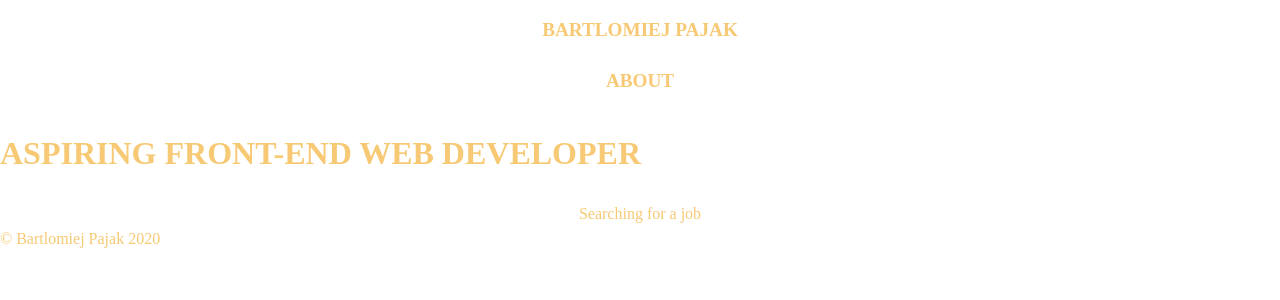
Repository: spidero7/personal-site
Page: index.html
The author's editor kept a copy of each file at every save. The page is drawn from the files as they stood at one save, then again after the next save.
The browser window is 1280 px wide. The pictures show the whole page.
Some web fonts or font styles are not loaded; a fallback is used.

Above is the page before, as saved 2020-04-15 22:23:22.

### index.html
<!DOCTYPE html>
<html>

    <head>
        <meta charset="utf-8">
        <title>Bartlomiej Pajak</title>
        <meta name="viewport" content="width=device-width, initial-scale=1">
        <link rel="stylesheet" href="css/normalize.css">
        <link href="https://fonts.googleapis.com/css2?family=Domine&display=swap" rel="stylesheet">
        <link rel="stylesheet" href="css/style.css">
    </head>

    <body>

        <div>
            <header class="main-header">
                <nav>
                    <ul class="main-nav">
                        <li><a href="#">Bartlomiej Pajak</a></li>
                        <li><a href="#">About</a></li>
                    </ul>
                </nav>
            </header>
        </div>

        <div class="container">

            <h1>Aspiring Front-end Web Developer</h1>
            <span class="target">Searching for a job</span>

        </div>


        <footer class="main-footer">&copy; Bartlomiej Pajak 2020</footer>

    </body>
</html>

### css/style.css
/* =================================
  Base Element Styles
==================================== */

* {
    box-sizing: border-box;
}

body {
    font-family: 'Domine', serif;
    line-height: 1.6;
    color: #F7C974;
    margin: 0;
}

h1 {
    text-transform: uppercase;

}

ul {
    margin: 0;
    padding: 0;
    list-style: none;
}

a {
    text-decoration: none;
}

/* =================================
  Base Layout Styles
==================================== */

/* ---- Navigation ---- */

.main-nav {
    margin-top: 5px;
}

.main-nav a {
    text-align: center;
    display: block;
    padding: 10px 15px;
    color: #F7C974;
    text-transform: uppercase;
    font-weight: 600;
    font-size: 1.2em;
}

.main-nav a:hover {
    color: rgb(212, 188, 144);
}

.target {
    text-align: center;
    display: block;
}

Loaded but not shown: css/normalize.css (library)

After the next save:
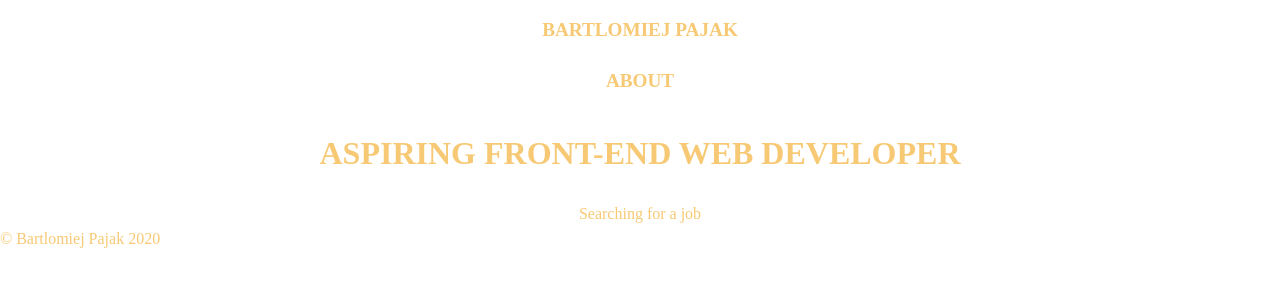
Saved 19 s later.
--- a/css/style.css
+++ b/css/style.css
@@ -15,6 +15,8 @@ body {
 
 h1 {
     text-transform: uppercase;
+    text-align: center;
+    display: block;
 
 }
 
